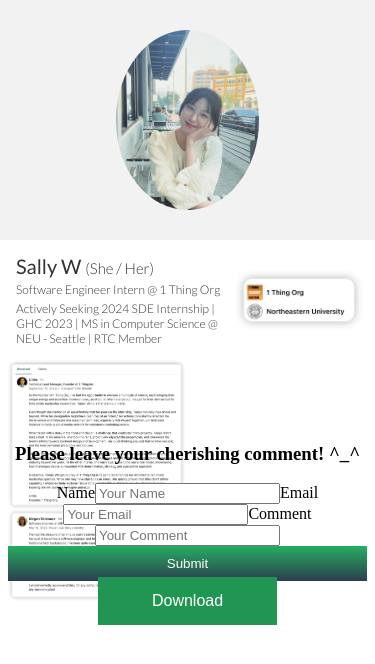
Repository: tianjiewang2022/digital-namecard
Page: recommendation_page.html
The author's editor kept a copy of each file at every save. The page is drawn from the files as they stood at one save, then again after the next save.
The browser window is 375 px wide. The pictures show the whole page.
Some web fonts or font styles are not loaded; a fallback is used.

Above is the page before, as saved 2023-10-16 00:14:40.

### recommendation_page.html
<!DOCTYPE html>
<html>

    <head>
        <link rel="stylesheet" href="main.css">
        <link href='https://fonts.googleapis.com/css?family=Lato:200,300,400,700' rel='stylesheet' type='text/css'>
        <link href="https://fonts.googleapis.com/css?family=Muli:200,300" rel="stylesheet">
        <meta name="viewport" content="width=device-width, initial-scale=1, shrink-to-fit=no">
    </head>

    <body>
        <section class="bg-color-grey banner">
            <div class="container">
                <div class="row">
                    <div class="col"></div>
                    <div class="col is-5">
                        <img class="profile-pic" src="E4CDA194-B414-4D9C-A781-2C7693C33BDE.JPG" alt="Profile Picture">
                    </div>
                    <div class="col"></div>
                </div>
            </div>
        </section>

        <section class="bg-color-white primary-info">
            <div class="container">
                <div class="row name-title-company">
                    <div class="col is-6">
                        <p class="text-name">Sally W <span>(She / Her)</span></p>
                        <p class="text-title-company">Software Engineer Intern @ 1 Thing Org</p>
                        <p class="text-title-company">Actively Seeking 2024 SDE Internship | GHC 2023 | MS in Computer
                            Science @ NEU - Seattle | RTC Member</p>
                    </div>
                    <div class="col">
                        <img src="iShot_2023-09-12_11.27.03.jpg" alt="Company Logo">
                    </div>
                </div>
            </div>
        </section>
        <section class="bg-color-white secondary-info">
            <div class="container grid-container">
                <div class="image-container">
                    <img src="Recommendation_Manager.jpg" alt="Recommendation from Manager">
                    <img src="Recommendation_Mentor.jpg" alt="Recommendation from Mentor">
                </div>
            </div>
        </section>

        <section class="bg-color-white secondary-info">
            <div class="container table-container">
                <h3>Please leave your cherishing comment! ^_^</h3>
                <table>
                    <label for="name">Name</label>
                    <input type="text" id="name" name="name" placeholder="Your Name">

                    <label for="email">Email</label>
                    <input type="email" id="email" name="email" placeholder="Your Email">

                    <label for="message">Comment</label>
                    <input type="text" id="message" name="message" placeholder="Your Comment">

                    <button type="submit">Submit</button>
                </table>
            </div>
        </section>

        <section class="bg-color-white bottom">
            <div class="container">
                <div class="row">
                    <div class="col"></div>
                    <div class="col is-5">
                        <div class="button">
                            <a href="user.vcf">
                                <p class="button">Download</p>
                            </a>
                        </div>
                    </div>
                    <div class="col"></div>
                </div>
            </div>
        </section>

    </body>

</html>

### main.css
html,
body {
	height: 100%;
	width: 100%;
	margin: 0;
	justify-content: center;
}

section {
	display: block;
	padding-left: 0.5rem;
	padding-right: 0.5rem;
	height: auto;
}

p {
	margin: 0.25rem !important;
}

a {
	text-decoration: none;
}

img {
	display: block;
	margin-left: auto;
	margin-right: auto;
	max-height: 100%;
	max-width: 100%;
	height: auto;
	width: auto;
	object-fit: contain;
}

img.profile-pic {
	height: 30%;
	width: 30%;
	object-fit: cover;
	border-radius: 50%;
}

.container {
	margin: 0 auto;
	position: relative;
	height: 100%;
}

.row {
	display: flex;
	justify-content: center;
	align-items: center;
	flex-wrap: nowrap;
	flex-direction: row;
	position: relative;
	height: 100%;
	width: 100%;
}

.col {
	display: block;
	flex-basis: 0;
	flex-grow: 1;
	flex-shrink: 1;
	margin: 0;
	padding: 0.25rem;
	max-width: 100%;
	max-height: 100%;
	overflow: auto;
}

.col.is-1 {
	flex: none;
	width: 10%;
}

.col.is-2 {
	flex: none;
	width: 20%;
}

.col.is-3 {
	flex: none;
	width: 30%;
}

.col.is-4 {
	flex: none;
	width: 40%;
}

.col.is-5 {
	flex: none;
	width: 50%;
}

.col.is-6 {
	flex: none;
	width: 60%;
}

.col.is-7 {
	flex: none;
	width: 70%;
}

.col.is-8 {
	flex: none;
	width: 80%;
}

.col.is-9 {
	flex: none;
	width: 90%;
}

.col.is-10 {
	flex: none;
	width: 100%;
}

.name-title-company {
	height: 100%;
}

.banner {
	height: 30%;
}

.primary-info {
	height: 15%;
}

.secondary-info {
	height: 8%;
}

.bg-color-grey {
	background-color: #F2F2F2;
}

.bg-color-white {
	background-color: white;
}

.text-name {
	font-family: 'Lato', sans-serif;
	font-weight: 400;
	color: #333333;
	font-size: 20px;
}

.text-name span {
	font-family: 'Lato', sans-serif;
	font-weight: 200;
	color: #333333;
	font-size: 15px;
}

.text-title-company {
	font-family: 'Lato', sans-serif;
	font-weight: 200;
	color: #333333;
	font-size: 12px;
}

.text-detail {
	font-family: 'Lato', sans-serif;
	font-weight: 300;
	color: #575757;
	font-size: 12px;
}

.bottom {
	height: 23%;
}

.button {
	background-color: #219653;
	height: 48px;
	padding-left: 24px padding-right: 24px;
	text-align: center;
	vertical-align: middle;
	line-height: 48px;
	font-family: 'Muli', sans-serif;
	color: white;
	font-weight: 300;
}

@media screen and (max-width: 600px) {
	img.profile-pic {
		height: 60%;
		width: 60%;
	}
}

@media screen and (max-width: 480px) {
	img.profile-pic {
		height: 80%;
		width: 80%;
	}

	.table-container {
		margin: 0 auto;
		/* This centers the container horizontally */
		text-align: center;
		/* This centers the contents of the container */
	}


	/* CSS for the Submit button */
	button {
		width: 100%;
		background: linear-gradient(to bottom, #27ae60, #2c3e50);
		color: white;
		border: none;
		padding: 10px;
		cursor: pointer;
	}

	/* CSS for button hover effect */
	button:hover {
		cursor: pointer;
	}

	table {
		width: 100%;
		justify-content: center;
		border-collapse: collapse;
		margin-top: 10px;
	}

	th,
	td {
		border: 1px solid #ccc;
		padding: 10px;
		text-align: center;
	}

	th {
		background-color: #f2f2f2;
	}

	.grid-container {
		display: grid;
		grid-template-columns: repeat(2, 1fr);
		/* Two columns with equal width */
		gap: 5px;
		/* Add some spacing between grid items */
		align-items: center;
	}
}

After the next save:
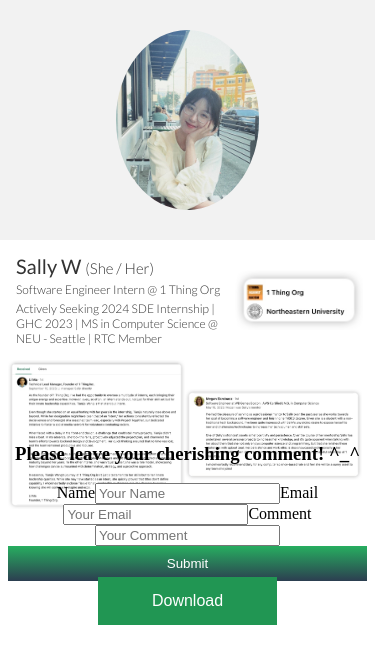
Saved 71 s later.
--- a/main.css
+++ b/main.css
@@ -248,4 +248,22 @@
 		/* Add some spacing between grid items */
 		align-items: center;
 	}
-}
+
+	/* Add this CSS to your main.css or in a <style> element in the HTML */
+	.image-container {
+		display: flex;
+		/* Use flexbox to arrange the images horizontally */
+		justify-content: space-between;
+		/* Create space between the images */
+		align-items: center;
+		/* Vertically center the images within the container */
+	}
+
+	.image-container img {
+		max-width: 100%;
+		/* Ensure images don't exceed their container's width */
+		height: auto;
+		/* Maintain the aspect ratio of the images */
+	}
+
+}
